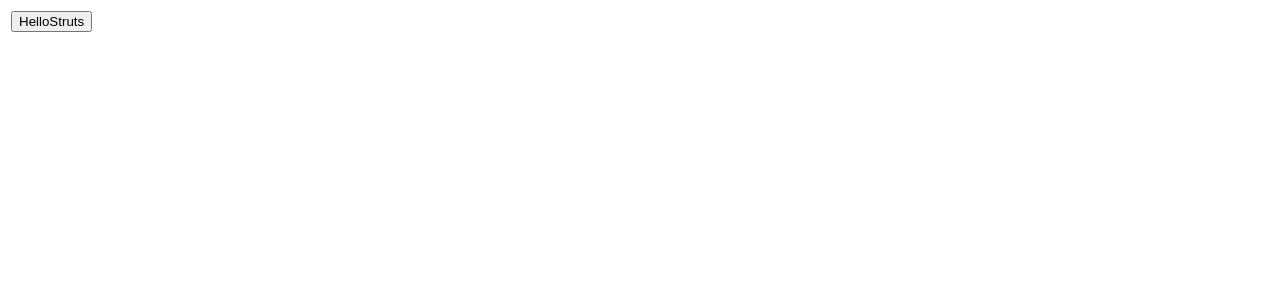
Repository: itou-yuria/test
Page: http://localhost/Webproj3/
These files come from the project's save history. The page is drawn as it stood at one moment and after the next save; the edit follows.
The browser window is 1280 px wide. The pictures show the whole page.
The page is served by Tomcat 9.

Above is the page before, as saved 2019-12-06 05:07:32.

After the next save:
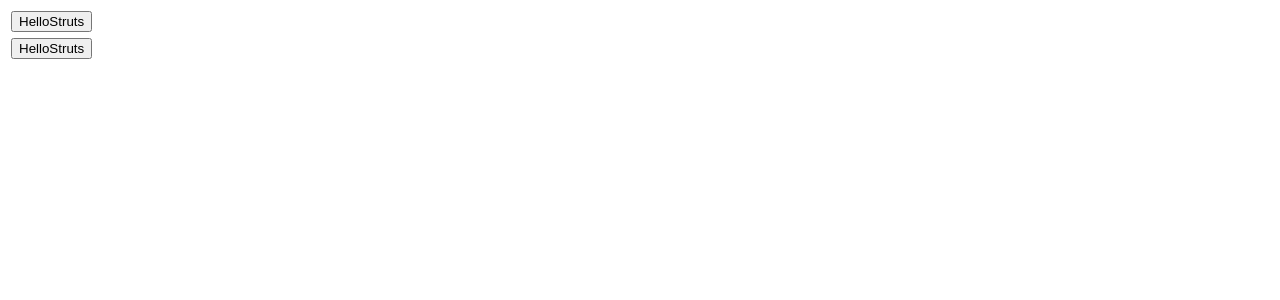
Saved 5 min 50 s later.
--- a/Webproj3/WebContent/index.jsp
+++ b/Webproj3/WebContent/index.jsp
@@ -12,5 +12,9 @@
 <s:submit value="HelloStruts"/>
 </s:form>
 
+<s:form action="HelloStrutsAction">
+<s:submit value="HelloStruts"/>
+</s:form>
+
 </body>
 </html>

After the save that followed:
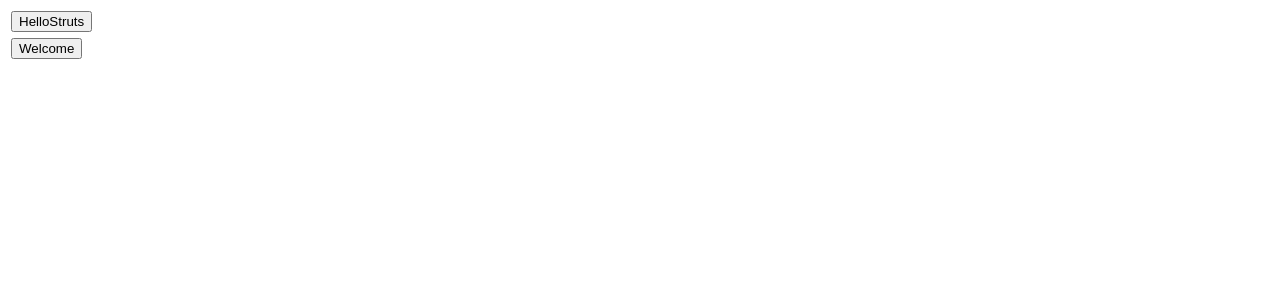
Saved 2 min 0 s later.
--- a/Webproj3/WebContent/index.jsp
+++ b/Webproj3/WebContent/index.jsp
@@ -12,8 +12,8 @@
 <s:submit value="HelloStruts"/>
 </s:form>
 
-<s:form action="HelloStrutsAction">
-<s:submit value="HelloStruts"/>
+<s:form action="WelcomeAction">
+<s:submit value="Welcome"/>
 </s:form>
 
 </body>
